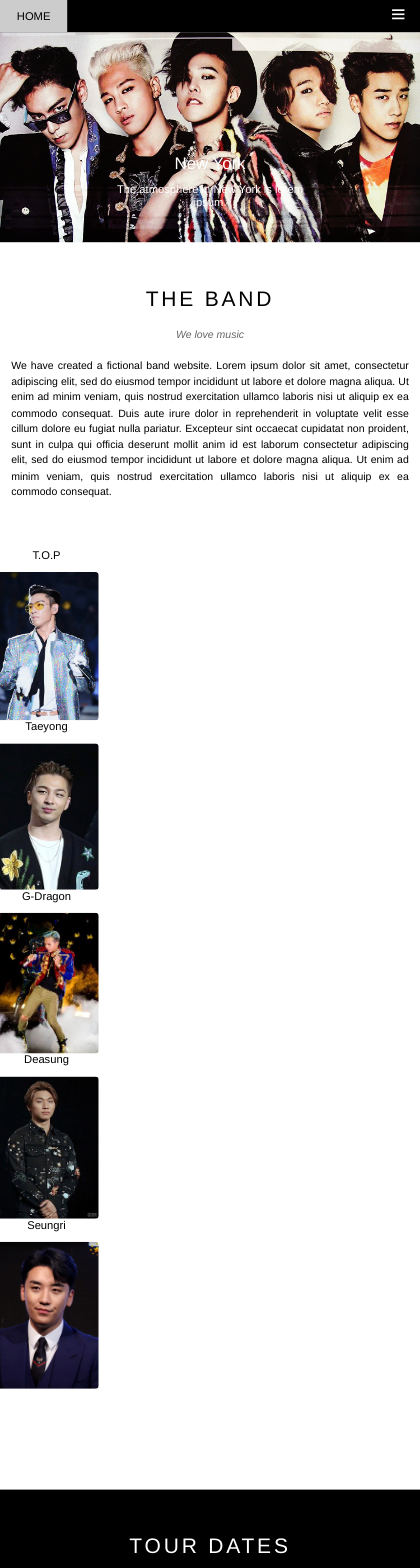
Repository: ThinhTran2k/BigBang-Band-Website
Page: index.html
These files come from the project's save history. The page is drawn as it stood at one moment and after a run of saves; the edit follows.
The browser window is 600 px wide. The pictures show the part of the page from y = 0 to 2240 px (the page is 3946 px tall), at 70% of full size.

Above is the page before, as saved 2021-03-16 17:05:01.
Console error: TypeError: Cannot set properties of undefined (setting 'onclick')

After the next 2 saves:
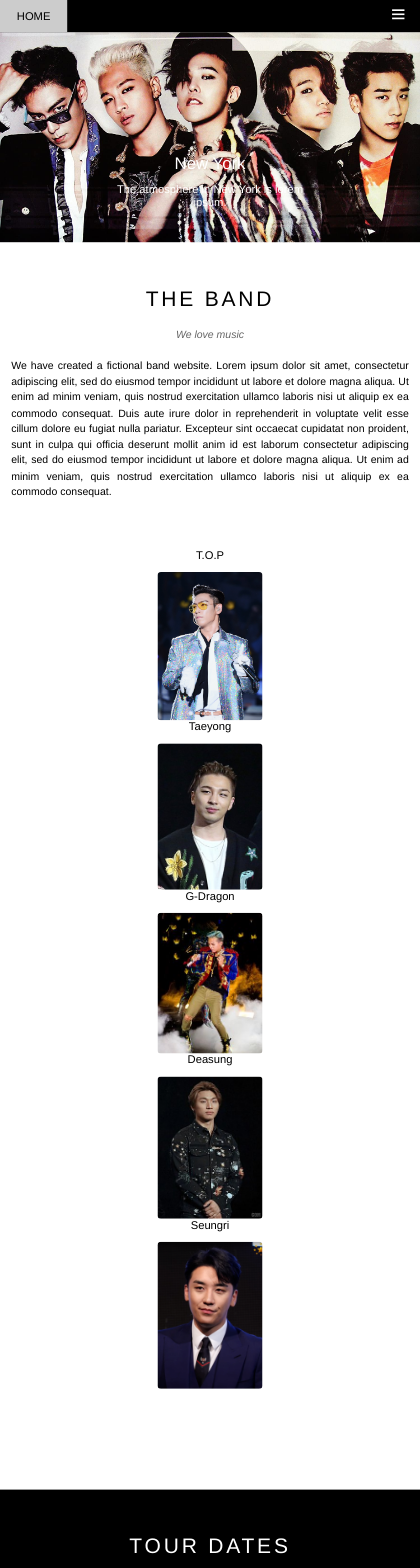
The 2 saves are shown as one change because they came seconds apart.
The last was saved 10 s later.
--- a/asset/css/responsive.css
+++ b/asset/css/responsive.css
@@ -29,4 +29,7 @@
     .member-list-resp {
         display: block;
     }
+    .member-item-resp {
+        width: 100%;
+    }
 }
